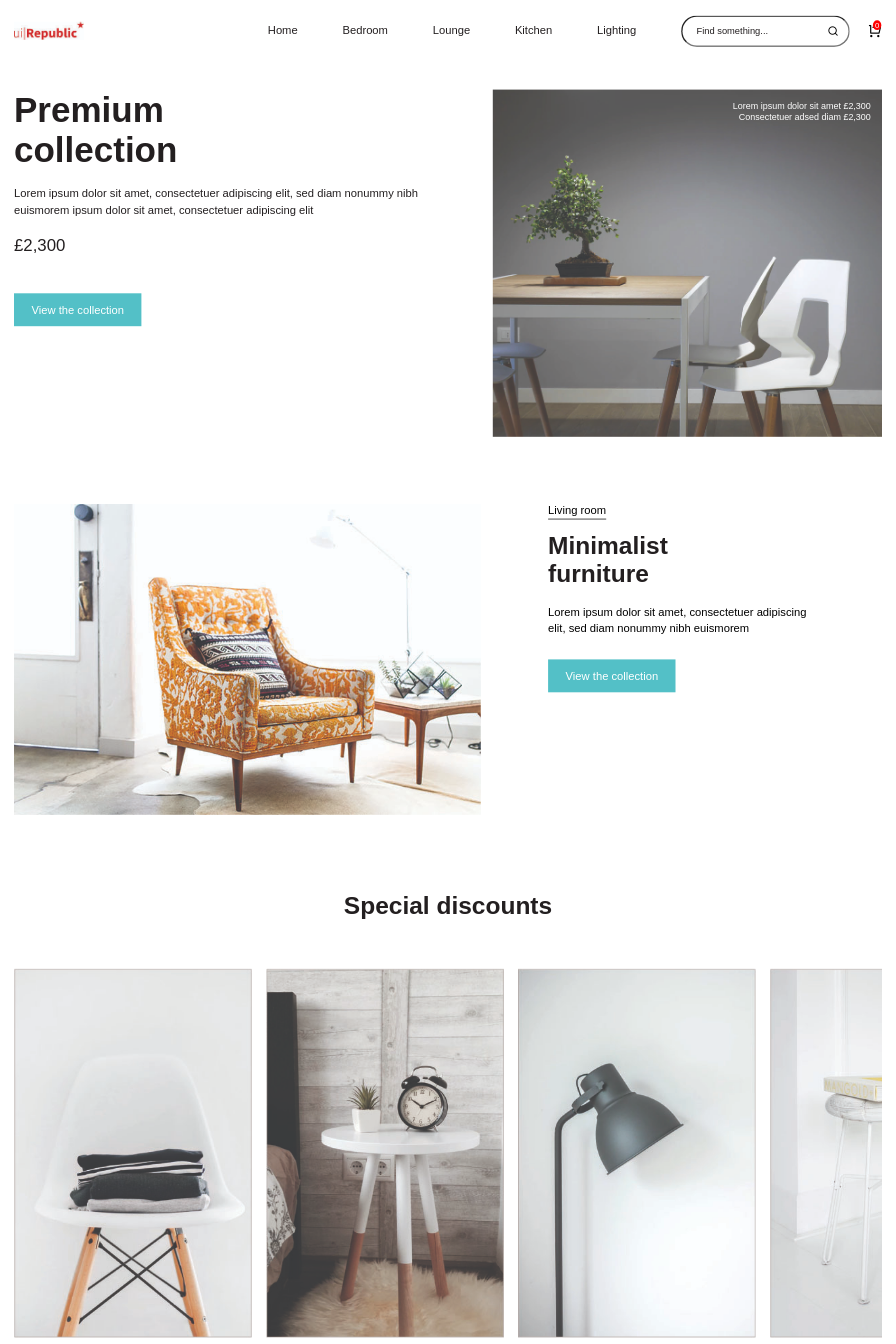
Repository: dinhhaidh/republic-web
Page: index.html
These files come from the project's save history. The page is drawn as it stood at one moment and after a run of saves; the edit follows.
The browser window is 1280 px wide. The pictures show the part of the page from y = 0 to 1920 px (the page is 3457 px tall), at 70% of full size.
Some web fonts or font styles are not loaded; a fallback is used. Some web libraries are served in a nearby version.

Above is the page before, as saved 2024-01-26 08:51:53.

After the next 3 saves:
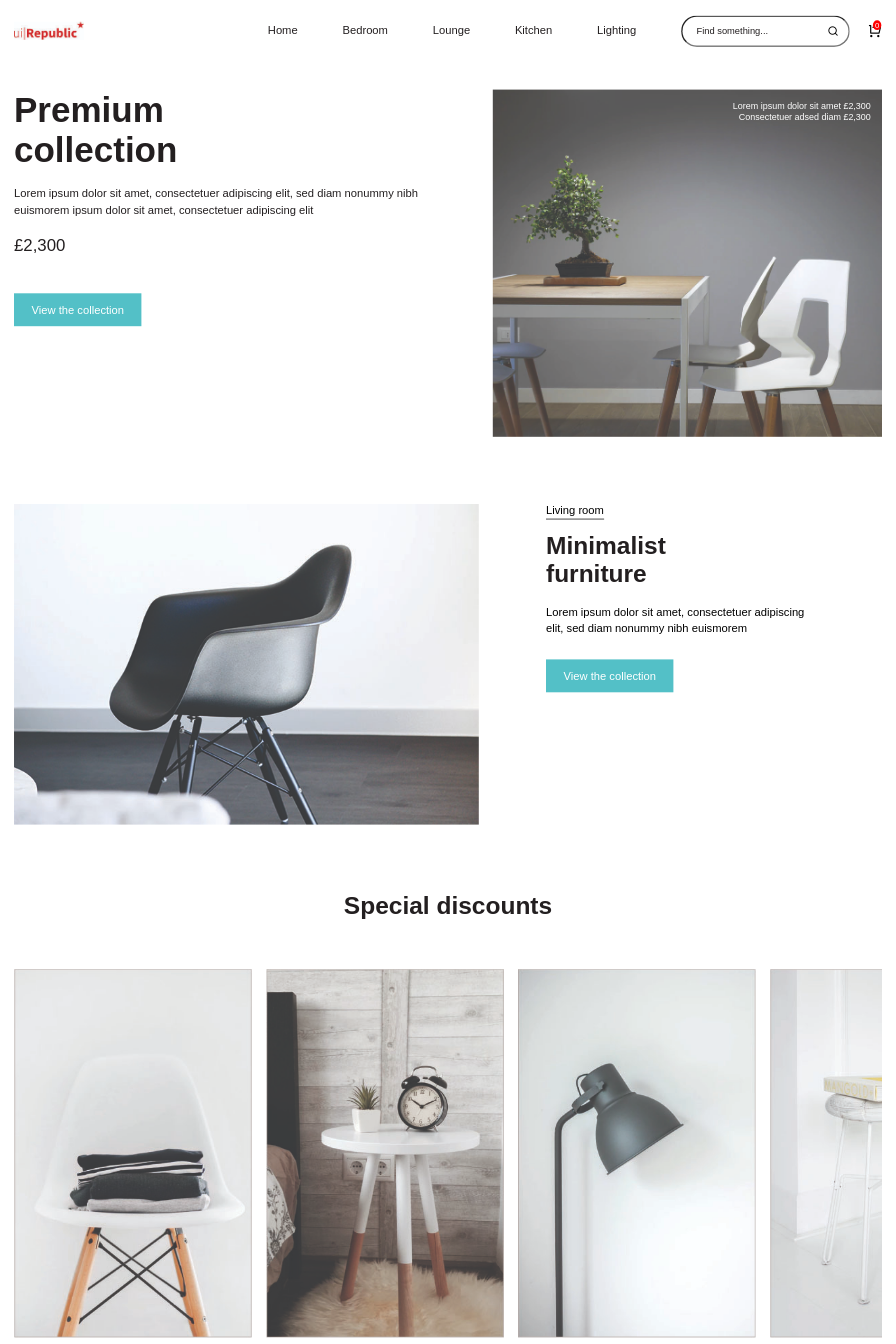
The 3 saves are shown as one change because they came seconds apart.
The last was saved 33 s later.
--- a/js/main.js
+++ b/js/main.js
@@ -93,9 +93,12 @@ var swiperLounge = new Swiper(".lounge__container", {
 
 // bedoom
 var swiper = new Swiper(".bedroom__container ", {
-  slidesPerView: 1,
-  spaceBetween: 3,
-  grabCursor: true,
+  spaceBetween: 32,
+      grabCursor: true,
+      centeredSlides: true,
+      slidesPerView: "auto",
+      loop: true,
+
   navigation: {
     nextEl: ".swiper-button-next",
     prevEl: ".swiper-button-prev",

After the save that followed:
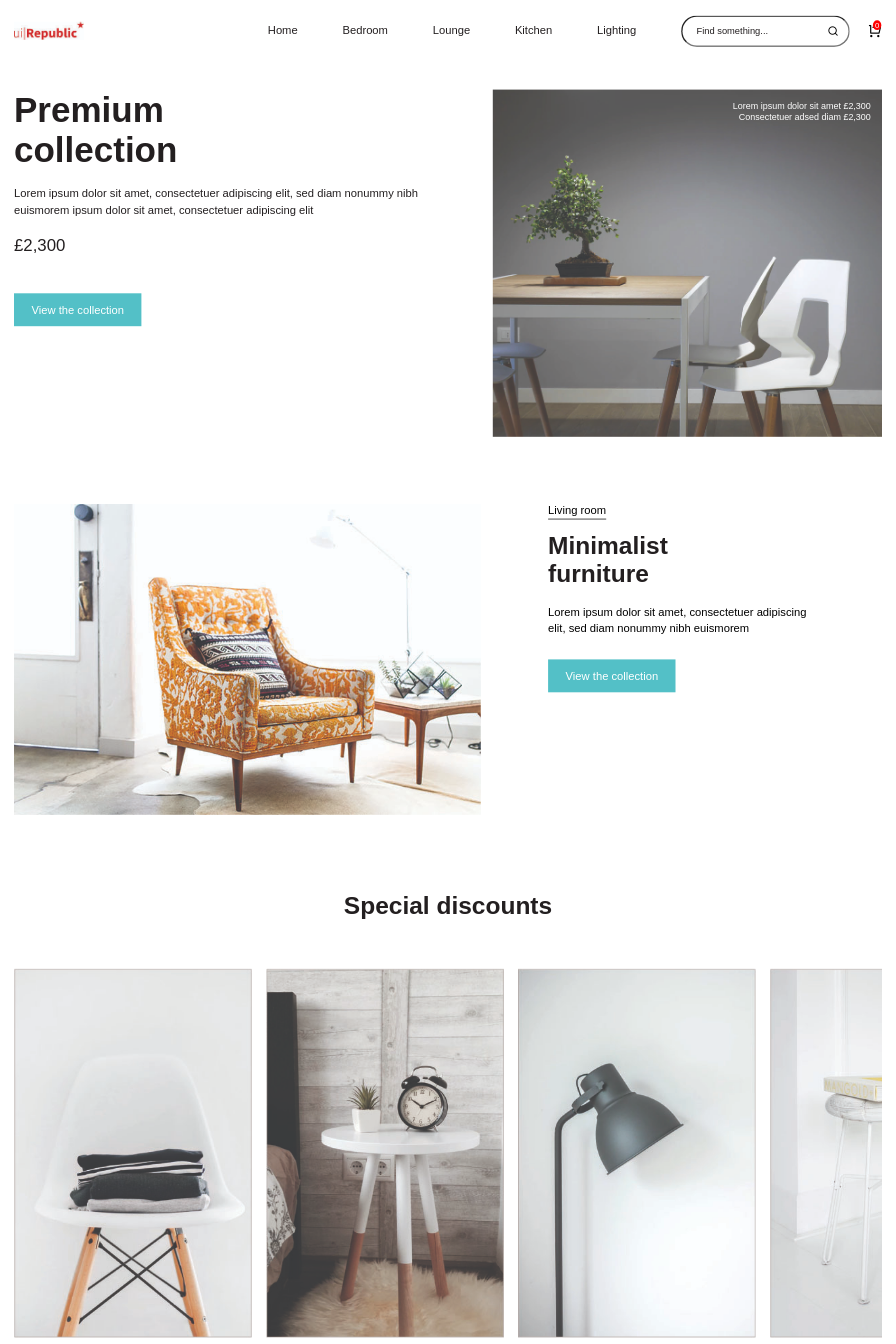
Saved 30 s later.
--- a/index.html
+++ b/index.html
@@ -124,6 +124,21 @@
                             <a href="#" class="button__link">View the collection</a>
                         </div>
                     </div>
+                    <div class="bedroom__main swiper-slide">
+                        <div class="bedroom__images">
+                            <img src="./img/funitire1.jpg" alt="" class="bedroom__image">
+                        </div>
+                        <div class="bedroom__content">
+                            <span>Living room</span>
+                            <div class="bedroom-brick"></div>
+                            <h2 class="bedroom__title">Minimalist <br>
+                                furniture</h2>
+                            <p class="bedroom__desc">
+                                Lorem ipsum dolor sit amet, consectetuer adipiscing elit, sed diam nonummy nibh euismorem
+                            </p>
+                            <a href="#" class="button__link">View the collection</a>
+                        </div>
+                    </div>
                 </div>
             </div>
         </section>
